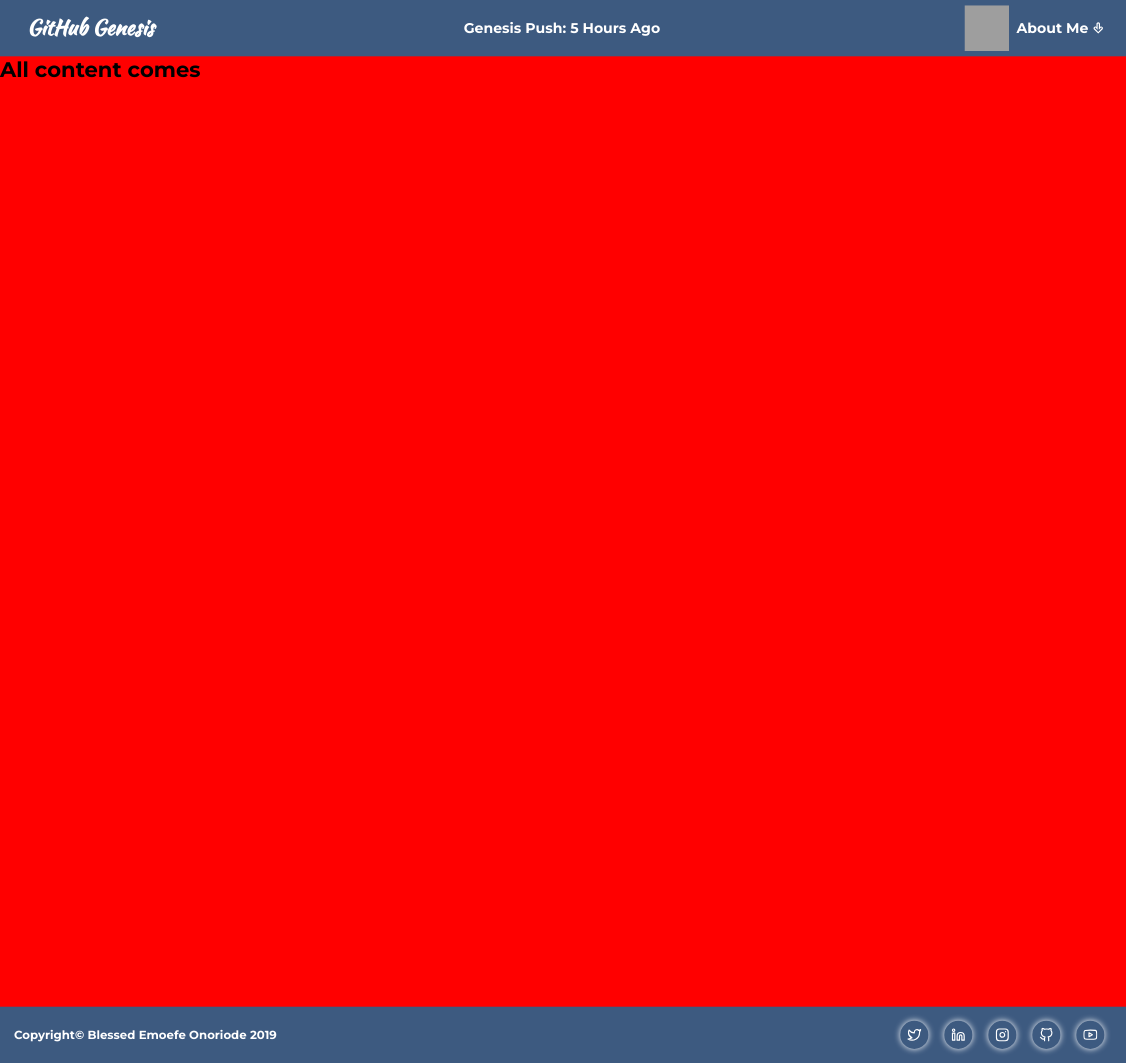
Repository: BlessedEmoefe/github-genesis
Page: /
An editor plug-in stored every save of this project. The page is shown before and after the next save, followed by the edit.
The browser window is 1280 px wide. The pictures show the whole page, at 88% of full size.
Pictures or frames that could not be fetched are drawn as grey boxes. The project was rebuilt for these pictures with package versions that can differ from the ones it lists, and the page was loaded fresh each time.

Above is the page before, as saved 2021-04-04 22:26:39.

After the next save:
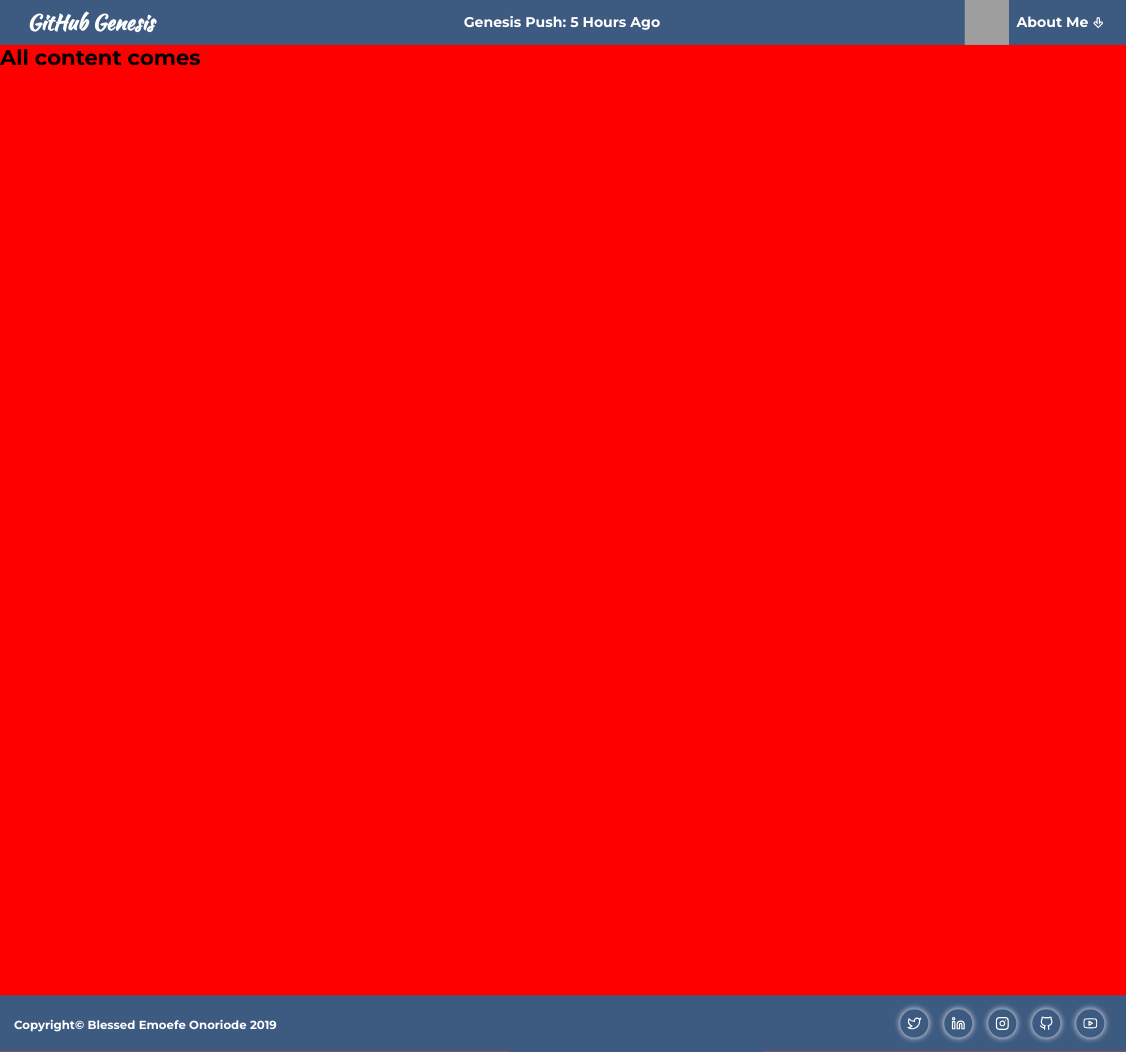
Saved 74 s later.
--- a/src/component/header/styles.js
+++ b/src/component/header/styles.js
@@ -8,7 +8,7 @@ export const HeaderStyles = styled.div`
   width: 100%;
   height: max-content;
   background: ${color.primary};
-  padding: 0.4rem 1.5rem;
+  padding: 0 1.5rem;
   color: white;
   font-size: 1rem;
 
